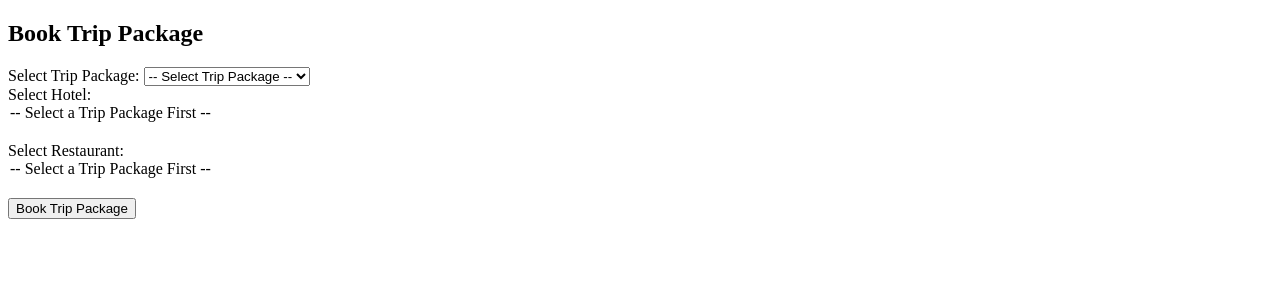
Repository: nyeinsu4520/tourland
Page: http://localhost/TripBooking
These files come from the project's save history. The page is drawn as it stood at one moment and after the next save; the edit follows.
The browser window is 1280 px wide. The pictures show the whole page.
The page is this project's Thymeleaf template; nobody is signed in. The template is opened directly, without the code that normally fills it, so the values that code supplies are empty.

Above is the page before, as saved 2024-06-29 11:44:59.

After the next save:
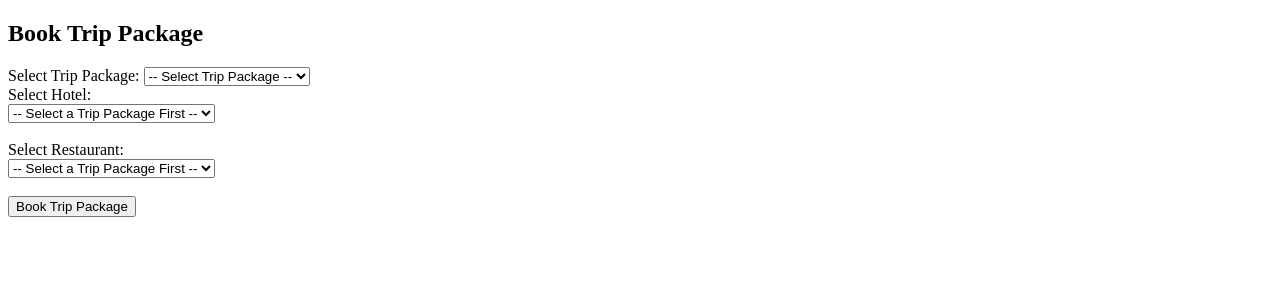
Saved 8 min 46 s later.
--- a/Tourland/src/main/resources/templates/TripBooking.html
+++ b/Tourland/src/main/resources/templates/TripBooking.html
@@ -8,21 +8,17 @@
         function loadHotelsAndRestaurants() {
             var tripPackageId = $('#tripPackageId').val();
             if (tripPackageId) {
-                $.get('/trip-packages/' + tripPackageId + '/hotels', function(data) {
+                $.get('/admin/trip-packages/trip-packages/' + tripPackageId + '/hotels', function(data) {
                     $('#hotelSelect').html(data);
                 });
-                $.get('/trip-packages/' + tripPackageId + '/restaurants', function(data) {
+                $.get('/admin/trip-packages/trip-packages/' + tripPackageId + '/restaurants', function(data) {
                     $('#restaurantSelect').html(data);
                 });
-            } else {
-                $('#hotelSelect').html('<option value="">-- Select a Trip Package First --</option>');
-                $('#restaurantSelect').html('<option value="">-- Select a Trip Package First --</option>');
             }
         }
 
         $(document).ready(function() {
             $('#tripPackageId').change(loadHotelsAndRestaurants);
-            loadHotelsAndRestaurants(); // Load hotels and restaurants initially
         });
     </script>
 </head>
